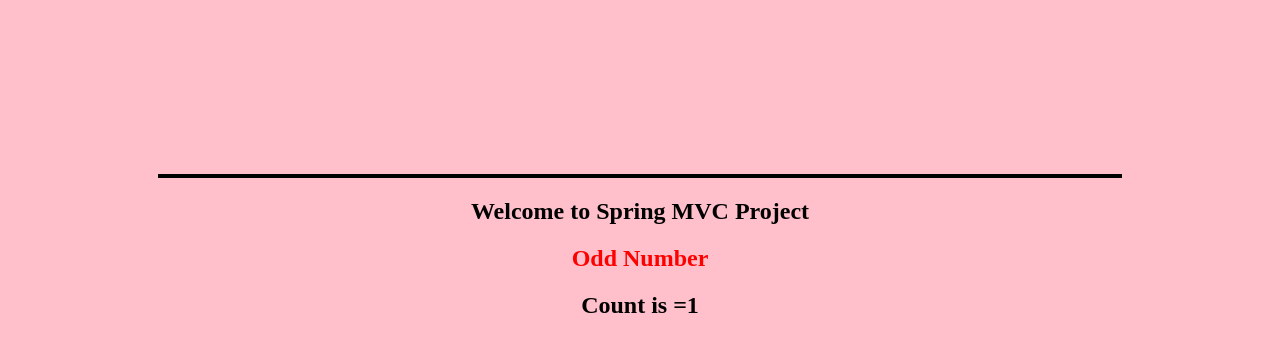
Repository: PragatiShinde16/SpringMVCDemo
Page: http://localhost/SpringMVCProject/views/login.jsp
An editor plug-in stored every save of this project. The page is shown before and after the next save, followed by the edit.
The browser window is 1280 px wide. The pictures show the whole page.
The page is served by Tomcat 9.

Above is the page before, as saved 2024-08-27 05:16:18.

After the next save:
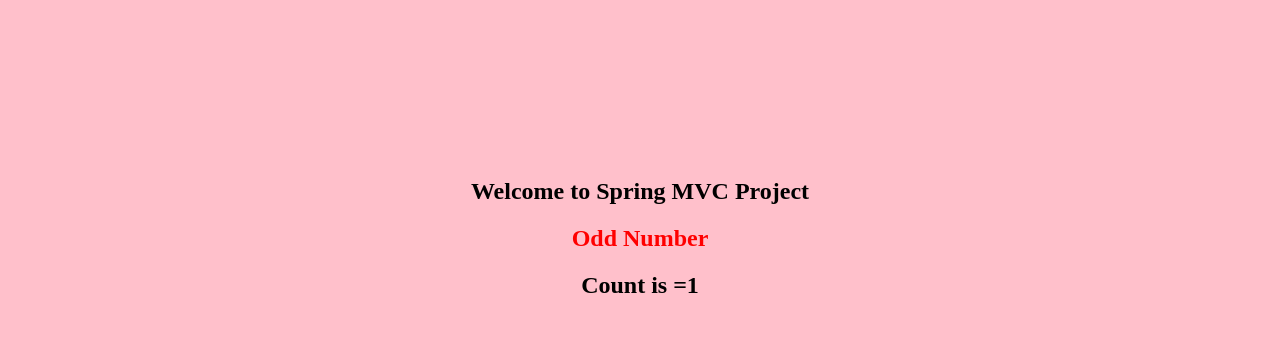
Saved 20 s later.
--- a/SpringMVCProject/src/main/webapp/views/login.jsp
+++ b/SpringMVCProject/src/main/webapp/views/login.jsp
@@ -7,7 +7,6 @@
 <title>Insert title here</title>
 </head>
 <body style="text-align: center; padding:150px; background-color:pink;">
-	<p style="border: 2px solid black;">
 	<h2>Welcome to Spring MVC Project</h2>
 
 	<%!
@@ -30,6 +29,6 @@
 
 	<h2>Count is =<%=
 		cnt
-	%></h2></p>
+	%></h2>
 </body>
 </html>
